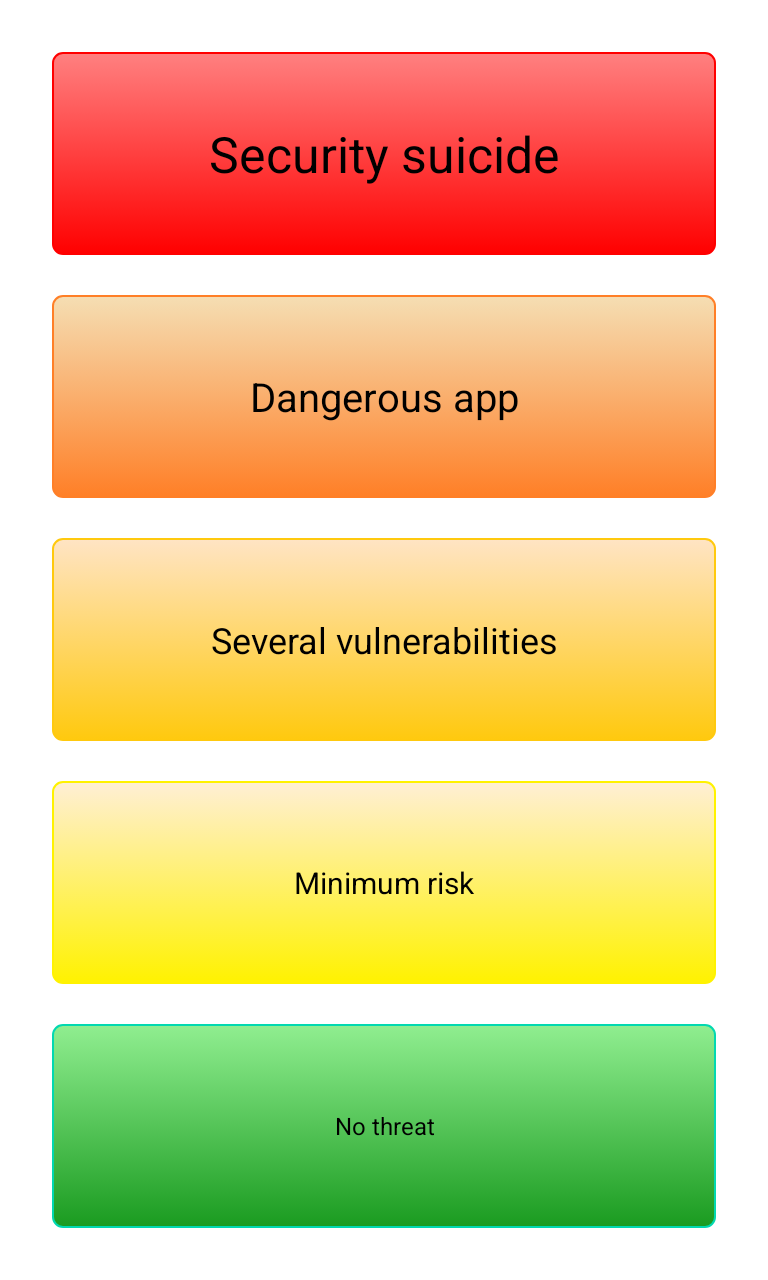
Repository: n0whereman/feidroid
Layout: Src/ApplicationViewer/res/layout/fragment_analysis2.xml
An editor plug-in stored every save of this project. The layout is shown before and after the next save, followed by the edit.
It is drawn on a 768 x 1280 px phone screen (xhdpi) without system bars, with theme android:Theme.Holo.Light; the app's code is not run.

Above is the layout before, as saved 2015-04-25 20:46:44.

### Src/ApplicationViewer/res/layout/fragment_analysis2.xml
<LinearLayout xmlns:android="http://schemas.android.com/apk/res/android"
    xmlns:tools="http://schemas.android.com/tools"
    android:layout_width="match_parent"
    android:layout_height="match_parent"
    android:fadingEdge="horizontal"
    android:orientation="vertical"
    android:paddingBottom="@dimen/activity_vertical_margin"
    android:paddingLeft="@dimen/activity_horizontal_margin"
    android:paddingRight="@dimen/activity_horizontal_margin"
    android:paddingTop="@dimen/activity_vertical_margin"
    android:weightSum="5"
    tools:context="pete.android.study.AnalysisActivity$PlaceholderFragment" >

    <Button
        android:id="@+id/btnThreadLvl5"
        android:layout_width="match_parent"
        android:layout_height="wrap_content"
        android:layout_weight="1"
        android:text="@string/threadLvl5"
        android:background="@drawable/button_thread5"
        android:textSize="25sp"
        android:layout_margin="10dp" />

    <Button
        android:id="@+id/btnThreadLvl4"
        android:layout_width="match_parent"
        android:layout_height="wrap_content"
        android:layout_weight="1"
        android:text="@string/threadLvl4"
        android:background="@drawable/button_thread4"
        android:textSize="20sp"
        android:layout_margin="10dp" />

    <Button
        android:id="@+id/btnThreadLvl3"
        android:layout_width="match_parent"
        android:layout_height="wrap_content"
        android:layout_weight="1"
        android:text="@string/threadLvl3"
        android:background="@drawable/button_thread3"
        android:textSize="18sp"
        android:layout_margin="10dp" />

    <Button
        android:id="@+id/btnThreadLvl2"
        android:layout_width="match_parent"
        android:layout_height="wrap_content"
        android:layout_weight="1"
        android:text="@string/threadLvl2"
        android:background="@drawable/button_thread2"
        android:textSize="15sp"
        android:layout_margin="10dp" />

    <Button
        android:id="@+id/btnThreadLvl1"
        android:layout_width="match_parent"
        android:layout_height="wrap_content"
        android:layout_weight="1"
        android:text="@string/threadLvl1"
        android:background="@drawable/button_thread1"
        android:textSize="12sp"
    	android:layout_margin="10dp" />

</LinearLayout>

### Src/ApplicationViewer/res/values/dimens.xml
<resources>

    <!-- Default screen margins, per the Android Design guidelines. -->
    <dimen name="activity_horizontal_margin">16dp</dimen>
    <dimen name="activity_vertical_margin">16dp</dimen>

    <dimen name="padding_8">8dp</dimen>
    <dimen name="padding_16">16dp</dimen>
    <dimen name="padding_32">32dp</dimen>
    <dimen name="padding_48">48dp</dimen>

</resources>

### Src/ApplicationViewer/res/values/strings.xml
<?xml version="1.0" encoding="utf-8"?>
<resources>

    <string name="hello">Hello World, MainActivity!</string>
    <string name="app_name">Suspicious Apps Checker</string>
    <string name="LaunchButton">Launch</string>
    <string name="AppInfoButton">Info</string>
    <string name="AnalyzeButton">Analyze</string>
    <string name="title_activity_launch">LaunchActivity</string>
    <string name="hello_world">Hello world!</string>
    <string name="action_settings">Settings</string>
    <string name="desc">Blabla</string>
    <string name="title_activity_detail">App Info</string>

    <!-- Main activity -->
    <string name="action_open_app">Launch</string>
    <string name="action_detail_app">Detail</string>

    <!-- Detail activity -->
    <string name="label_package_name">Package name:</string>
    <string name="label_class_name">Class name:</string>
    <string name="label_process_name">Process name:</string>
    <string name="label_version_name">Version name:</string>
    <string name="label_version_code">Version code:</string>
    <string name="label_sdk_version">Target SDK :</string>
    <string name="label_install_date">Install date:</string>
    <string name="label_last_update">Last update:</string>
    <string name="label_source_directory">Source directory:</string>
    <string name="label_data_directory">Data directory:</string>
    <string name="label_permissions">Permissions:</string>
    <string name="label_flags">Flags:</string>
    <string name="label_no_permissions">No permissions</string>
    <string name="Analyze_appButton">Analysis</string>

     <!-- Analysis activity -->
     <string name="label_list_of_permissions">Permisions List:</string>
     <string name="label_unsafe_permissions">Suspicious perm.:</string>
     <string name="label_choosed_category">Category:</string>
     <string name="label_score">Risk:</string>


    <!-- Category list -->
    <string name="label_Category">Category:</string>

    <string-array name="category_array">
        <item>Games</item>
        <item>Communication</item>
        <item>Entertainment</item>
        <item>Finance</item>
        <item>Health</item>
        <item>Lifestyle</item>
        <item>Multimedia</item>
        <item>Productivity</item>
        <item>Shopping</item>
        <item>Social</item>
        <item>Sports</item>
        <item>Themes</item>
        <item>Tools</item>
        <item>Travel</item>
    </string-array>

    <string name="title_activity_analysis">App Analysis</string>
    <string name="title_analysis_detail">Analysis detail</string>
    <string name="threadLvl1">No threat</string>
    <string name="threadLvl2">Minimum risk</string>
    <string name="threadLvl3">Several vulnerabilities</string>
    <string name="threadLvl4">Dangerous app</string>
    <string name="threadLvl5">Security suicide</string>
    <string name="label_no_categories">No category</string>
    <string name="label_sha1hash">SHA1:</string>

</resources>

### Src/ApplicationViewer/res/drawable-hdpi/button_thread5.xml
<?xml version="1.0" encoding="utf-8"?>
<selector xmlns:android="http://schemas.android.com/apk/res/android" >
<item android:state_pressed="true" >
 <shape android:shape="rectangle"  >
     <corners android:radius="5dp" />
     <stroke android:width="1dip" android:color="@color/red_temp" />
     <gradient android:angle="-90" android:startColor="@color/red_temp" android:endColor="@color/red_temp"  />
 </shape>
</item>
<item android:state_focused="true">
 <shape android:shape="rectangle"  >
     <corners android:radius="5dp" />
     <stroke android:width="1dip" android:color="#971E05" />
     <solid android:color="#58857e"/>
 </shape>
</item>
<item >
<shape android:shape="rectangle"  >
     <corners android:radius="5dp" />
     <stroke android:width="1dip" android:color="@color/bright_red" />
     <gradient android:angle="-90" android:startColor="@color/red_temp" android:endColor="@color/button_red" />
 </shape>
</item>
</selector>

### Src/ApplicationViewer/res/drawable-hdpi/button_thread4.xml
<?xml version="1.0" encoding="utf-8"?>
<selector xmlns:android="http://schemas.android.com/apk/res/android" >
<item android:state_pressed="true" >
 <shape android:shape="rectangle"  >
     <corners android:radius="5dp" />
     <stroke android:width="1dip" android:color="@color/orange_temp" />
     <gradient android:angle="-90" android:startColor="@color/orange_temp" android:endColor="@color/orange_temp"  />
 </shape>
</item>
<item android:state_focused="true">
 <shape android:shape="rectangle"  >
     <corners android:radius="5dp" />
     <stroke android:width="1dip" android:color="#971E05" />
     <solid android:color="#58857e"/>
 </shape>
</item>
<item >
<shape android:shape="rectangle"  >
     <corners android:radius="5dp" />
     <stroke android:width="1dip" android:color="@color/bright_orange" />
     <gradient android:angle="-90" android:startColor="@color/orange_temp" android:endColor="@color/button_orange" />
 </shape>
</item>
</selector>

### Src/ApplicationViewer/res/drawable-hdpi/button_thread3.xml
<?xml version="1.0" encoding="utf-8"?>
<selector xmlns:android="http://schemas.android.com/apk/res/android" >
<item android:state_pressed="true" >
 <shape android:shape="rectangle"  >
     <corners android:radius="5dp" />
     <stroke android:width="1dip" android:color="@color/amber_temp" />
     <gradient android:angle="-90" android:startColor="@color/amber_temp" android:endColor="@color/amber_temp"  />
 </shape>
</item>
<item android:state_focused="true">
 <shape android:shape="rectangle"  >
     <corners android:radius="5dp" />
     <stroke android:width="1dip" android:color="#971E05" />
     <solid android:color="#58857e"/>
 </shape>
</item>
<item >
<shape android:shape="rectangle"  >
     <corners android:radius="5dp" />
     <stroke android:width="1dip" android:color="@color/bright_amber" />
     <gradient android:angle="-90" android:startColor="@color/amber_temp" android:endColor="@color/button_amber" />
 </shape>
</item>
</selector>

### Src/ApplicationViewer/res/drawable-hdpi/button_thread2.xml
<?xml version="1.0" encoding="utf-8"?>
<selector xmlns:android="http://schemas.android.com/apk/res/android" >
<item android:state_pressed="true" >
 <shape android:shape="rectangle"  >
     <corners android:radius="5dp" />
     <stroke android:width="1dip" android:color="@color/yellow_temp" />
     <gradient android:angle="-90" android:startColor="@color/yellow_temp" android:endColor="@color/yellow_temp"  />
 </shape>
</item>
<item android:state_focused="true">
 <shape android:shape="rectangle"  >
     <corners android:radius="5dp" />
     <stroke android:width="1dip" android:color="#971E05" />
     <solid android:color="#58857e"/>
 </shape>
</item>
<item >
<shape android:shape="rectangle"  >
     <corners android:radius="5dp" />
     <stroke android:width="1dip" android:color="@color/bright_yellow" />
     <gradient android:angle="-90" android:startColor="@color/yellow_temp" android:endColor="@color/button_yellow" />
 </shape>
</item>
</selector>

### Src/ApplicationViewer/res/drawable-hdpi/button_thread1.xml
<?xml version="1.0" encoding="utf-8"?>
<selector xmlns:android="http://schemas.android.com/apk/res/android" >
<item android:state_pressed="true" >
 <shape android:shape="rectangle"  >
     <corners android:radius="5dp" />
     <stroke android:width="1dip" android:color="@color/green_temp" />
     <gradient android:angle="-90" android:startColor="@color/green_temp" android:endColor="@color/green_temp"  />
 </shape>
</item>
<item android:state_focused="true">
 <shape android:shape="rectangle"  >
     <corners android:radius="5dp" />
     <stroke android:width="1dip" android:color="#971E05" />
     <solid android:color="#58857e"/>
 </shape>
</item>
<item >
<shape android:shape="rectangle"  >
     <corners android:radius="5dp" />
     <stroke android:width="1dip" android:color="@color/bright_green" />
     <gradient android:angle="-90" android:startColor="@color/green_temp" android:endColor="@color/button_green" />
 </shape>
</item>
</selector>

### Src/ApplicationViewer/res/values/colors.xml
<?xml version="1.0" encoding="utf-8"?>
<resources>
    <color name="black">#000000</color>

    <color name="perm_green">#069C00</color>
    <color name="perm_yellow">#D9CA00</color>
    <color name="perm_orange">#D45F00</color>
    <color name="perm_red">#AB0000</color>

    <!-- Green -->
	<color name="green_temp">#90EE90</color>
	<color name="green_dark">#159204</color>
	<color name="bright_green">#02D8B0</color>
	<color name="button_green">#1A9B20</color>

	<!-- Yellow -->
	<color name="yellow_temp">#FFEFD5</color>
	<color name="yellow_dark">#FFF200</color>
	<color name="bright_yellow">#FFF200</color>
	<color name="button_yellow">#FFF200</color>

	<!-- Amber -->
	<color name="amber_temp">#FFE4C4</color>
	<color name="amber_dark">#FFC90E</color>
	<color name="bright_amber">#FFC90E</color>
	<color name="button_amber">#FFC90E</color>

	<!-- Orange -->
	<color name="orange_temp">#F5DEB3</color>
	<color name="orange_dark">#FF7F27</color>
	<color name="bright_orange">#FF7F27</color>
	<color name="button_orange">#FF7F27</color>

	<!-- Red -->
	<color name="red_temp">#FF8080</color>
	<color name="red_dark">#FF0000</color>
	<color name="bright_red">#FF0000</color>
	<color name="button_red">#FF0000</color>
</resources>

Loaded but not shown: Src/ApplicationViewer/res/values-w820dp/dimens.xml (common file)

After the next save:
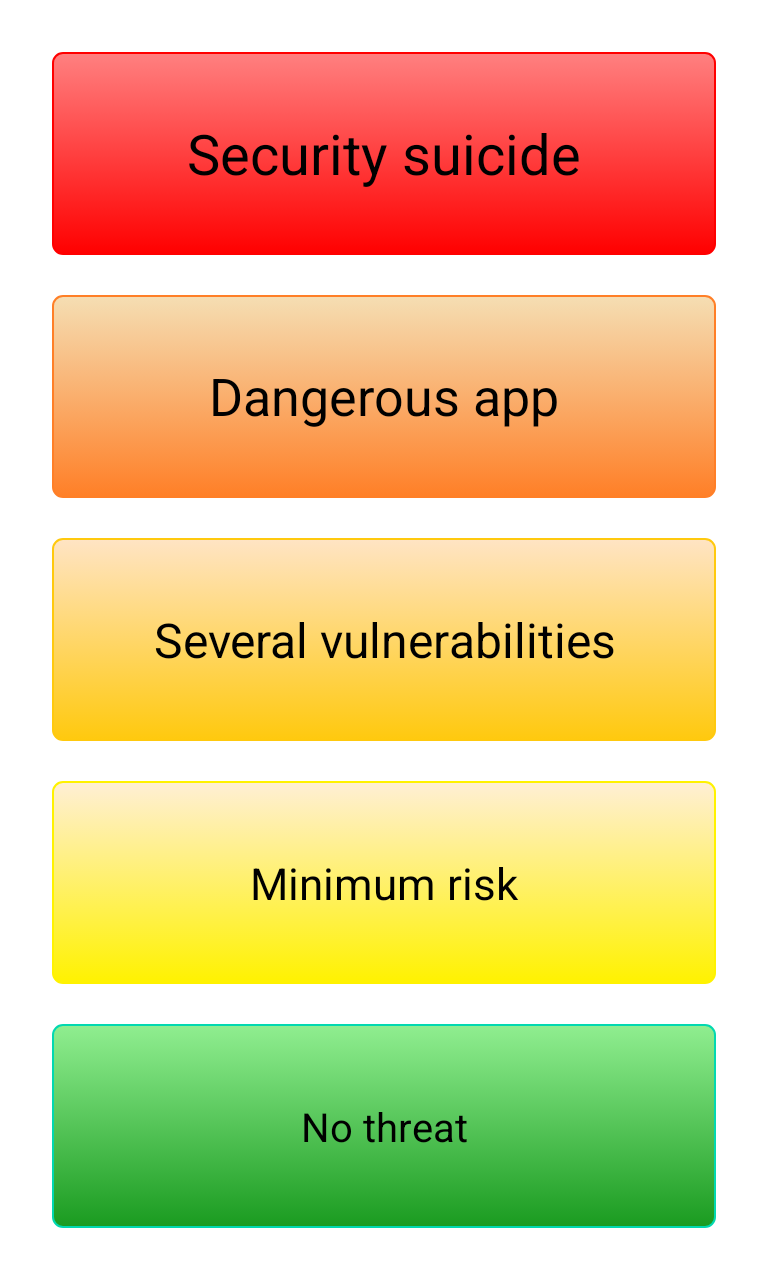
Saved 32 s later.
--- a/Src/ApplicationViewer/res/layout/fragment_analysis2.xml
+++ b/Src/ApplicationViewer/res/layout/fragment_analysis2.xml
@@ -18,7 +18,7 @@
         android:layout_weight="1"
         android:text="@string/threadLvl5"
         android:background="@drawable/button_thread5"
-        android:textSize="25sp"
+        android:textSize="28sp"
         android:layout_margin="10dp" />
 
     <Button
@@ -28,7 +28,7 @@
         android:layout_weight="1"
         android:text="@string/threadLvl4"
         android:background="@drawable/button_thread4"
-        android:textSize="20sp"
+        android:textSize="26sp"
         android:layout_margin="10dp" />
 
     <Button
@@ -38,7 +38,7 @@
         android:layout_weight="1"
         android:text="@string/threadLvl3"
         android:background="@drawable/button_thread3"
-        android:textSize="18sp"
+        android:textSize="24sp"
         android:layout_margin="10dp" />
 
     <Button
@@ -48,7 +48,7 @@
         android:layout_weight="1"
         android:text="@string/threadLvl2"
         android:background="@drawable/button_thread2"
-        android:textSize="15sp"
+        android:textSize="22sp"
         android:layout_margin="10dp" />
 
     <Button
@@ -58,7 +58,7 @@
         android:layout_weight="1"
         android:text="@string/threadLvl1"
         android:background="@drawable/button_thread1"
-        android:textSize="12sp"
+        android:textSize="20sp"
     	android:layout_margin="10dp" />
 
 </LinearLayout>
